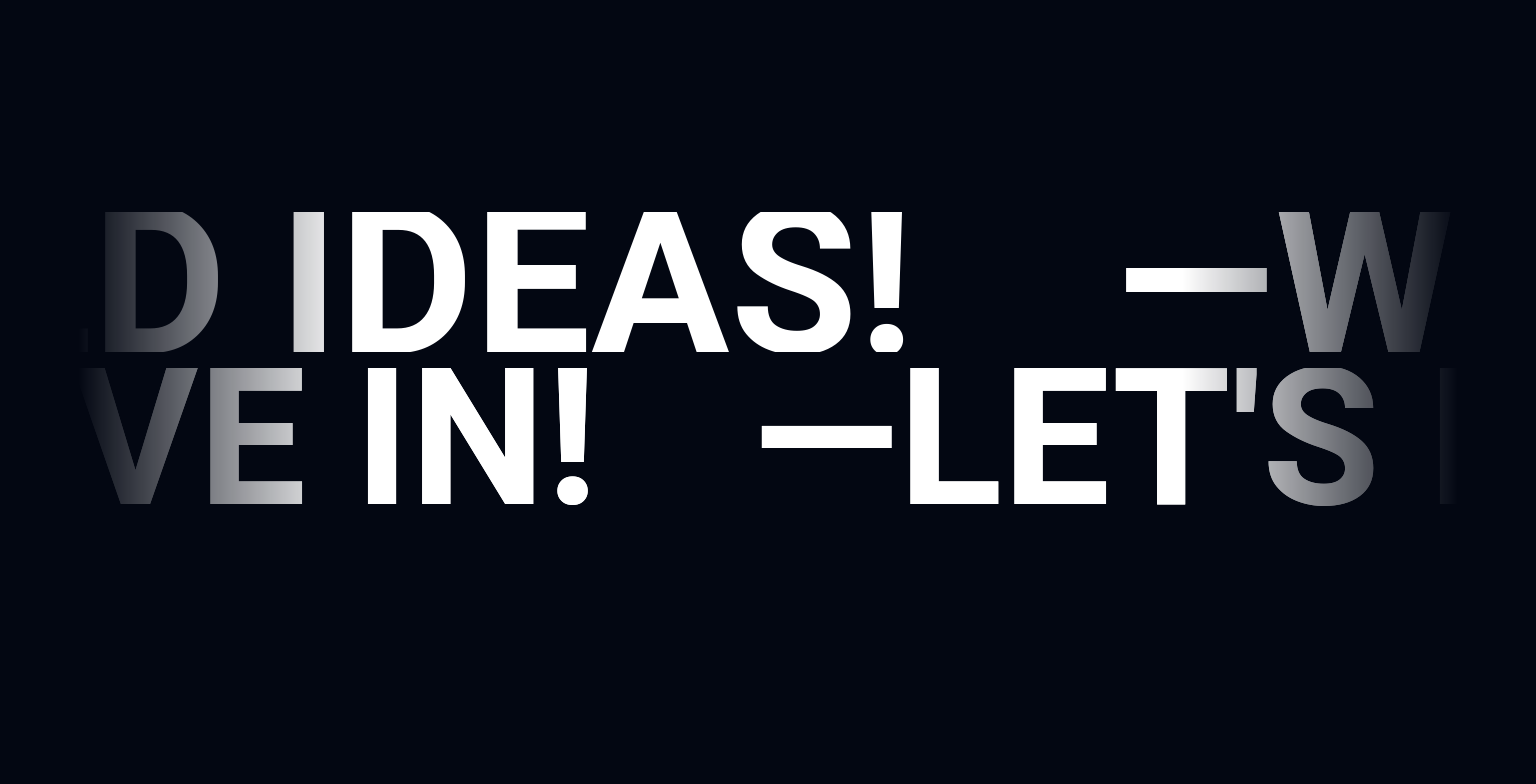
Repository: Anas-Ejaz/GBS-NEW
Page: Ahsan.html
An editor plug-in stored every save of this project. The page is shown before and after a run of saves, followed by the edit.
The browser window is 1536 px wide. The pictures show the part of the page from y = 0 to 784 px (the page is 2073 px tall).
A picture or video elsewhere on the page could not be fetched, so the positions and the page height are approximate. Some web fonts or font styles are not loaded; a fallback is used.

Above is the page before, as saved 2024-08-31 18:56:26.

### Ahsan.html
<!DOCTYPE html>
<html lang="en">

<head>
  <meta charset="UTF-8">
  <meta name="viewport" content="width=device-width, initial-scale=1.0">
  <title>Horizontal Scrolling Text Animation</title>
  <link rel="stylesheet" href="Ashan.css">
</head>

<body>
  <div class="text_scroll">
    <div class="wrapper">
      <div class="itemLeft item1">&#8213;WILD IDEAS!</div>
      <div class="itemLeft item2">&#8213;WILD IDEAS!</div>
      <div class="itemLeft item3">&#8213;WILD IDEAS!</div>
      <div class="itemLeft item5">&#8213;WILD IDEAS!</div>
    </div>
    <div class="wrapper">
      <div class="itemRight item1">&#8213;LET'S DIVE IN!</div>
      <div class="itemRight item2">&#8213;LET'S DIVE IN!</div>
      <div class="itemRight item3">&#8213;LET'S DIVE IN!</div>
      <div class="itemRight item4">&#8213;LET'S DIVE IN!</div>
    </div>
  </div>
  <!-- Portfolio---------- -->

  <section class="portfolio_sec">
    <div class="h1_port"><h1>MY PORTFOLIO</h1></div>
    <div class="portfolio">
     <div class="inner_portfolio">
        <div class="col-1">
          <div class="image image1"><img src="Picture/image1.jpg" alt=""></div>
          <div class="image image2"><img src="Picture/image1.jpg" alt=""></div>
          <div class="image image3"><img src="Picture/image1.jpg" alt=""></div>
        </div>
        <div class="col-2">
          <div class="imaged image4"><img src="Picture/image1.jpg" alt=""></div>
          <div class="imaged image5"><img src="Picture/image1.jpg" alt=""></div>
          <div class="imaged image6"><img src="Picture/image1.jpg" alt=""></div>
        </div>
      </div>
    </div>
   </section>

   <script src="https://cdnjs.cloudflare.com/ajax/libs/gsap/3.11.0/gsap.min.js"></script>
   <script src="https://cdnjs.cloudflare.com/ajax/libs/gsap/3.11.0/ScrollTrigger.min.js"></script>

   <script src="Ahsan.js"></script>
</body>

</html>

### Ashan.css
@import url('https://fonts.googleapis.com/css2?family=Days+One&display=swap');

*,
*::before,
*::after {
  box-sizing: border-box;
}

* {
  font-family: "Roboto", sans-serif;
  margin: 0;
}

body {
  background-color: #030712;
}

.text_scroll {
  height: 100vh;
  display: flex;
  flex-direction: column;
  align-items: center;
  justify-content: center;
  gap: 1rem;
}

.wrapper {
  width: 90%;
  height: 140px;
  position: relative;
  overflow: hidden;
  mask-image: linear-gradient(
    to right,
    rgba(0, 0, 0, 0),
    rgba(0, 0, 0, 1) 20%,
    rgba(0, 0, 0, 1) 80%,
    rgba(0, 0, 0, 0)
  );
  display: flex;
  align-items: center;
}

@keyframes scrollLeft {
  from {
    transform: translateX(100%);
  }
  to {
    transform: translateX(-100%);
  }
}

@keyframes scrollRight {
  from {
    transform: translateX(-100%);
  }
  to {
    transform: translateX(100%);
  }
}

.itemLeft
 {
  font-size: 13.5vw;
  font-weight: bold;
  color: white;
  white-space: nowrap;
  position: absolute;
  width: 100vw;
  text-align: center;
  animation-name: scrollLeft;
  animation-timing-function: linear;
  animation-duration: 30s;
  animation-iteration-count: infinite;
}
.itemRight{
  font-size: 12.5vw;
  font-weight: bold;
  color: white;
  white-space: nowrap;
  position: absolute;
  width: 100vw;
  text-align: center;
  animation-name: scrollRight;
  animation-timing-function: linear;
  animation-duration: 30s;
  animation-iteration-count: infinite;
}
.item1 {
  animation-delay: 0s;
}

.item2 {
  animation-delay: -15s;
}

.item3 {
  animation-delay: -30s;
}

.item4 {
  animation-delay: -45s;
}

@media (min-width:1500px) {

  .wrapper{

  }

}







/* -----Portfolios-------- */

.h1_port{
  color: white;
  font-size: 3vw;
  text-align: center;
  padding-block: 4rem;
}
.portfolio {
  display: flex;
  justify-content: center;
  align-items: center;
  height: 150vh;
  margin-block: 2rem;
  /* background-color: #f0f0f0; */
}

.inner_portfolio {
  display: flex;
  justify-content: space-around;
  align-items: center;
  width: 80%;
}

.col-1,
.col-2 {
  display: flex;
  flex-direction: column;
  align-items: center;
}

.image {
  position: relative;
  width: 35vw;
  height: 45vh;
  border-radius: 1rem;
  margin: 10px;
  overflow: hidden;
}
.image img{
  background-size: cover;
  background-position: center;
  width: 100%;
}

.imaged {
  position: relative;
  width: 35vw;
  height: 45vh;
  border-radius: 1rem;
  margin: 10px;
overflow: hidden;
}
.imaged img{
  background-size: cover;
  background-position: center;
  width: 100%;
}

### Ahsan.js
console.log("Woring")

gsap.registerPlugin(ScrollTrigger);

tl = gsap.timeline()

tl.from('.h1_port',
    {
        scrollTrigger: {
            trigger: '.h1_port',
            start: 'top 70%',
            end: 'top 50%',
            scrub: 1,

        },
        filter: "blur(5px)",
        opacity: 0,            // End opacity
        duration: 1,         // Duration of each blink phase
    })

tl.from('.image1',
    {
        scrollTrigger: {
            trigger: '.image1',
            start: 'top 80%',
            end: 'top 30%',
            scrub: 1,

        },
        filter: "blur(5px)",
        duration: 1,
        x: -150,
    })

gsap.from('.image4',
    {
        scrollTrigger: {
            trigger: '.image4',
            start: 'top 80%',
            end: 'top 30%',
            scrub: 1,

        },
        filter: "blur(5px)",
        duration: 1,
        x: 150,
    })


tl.from('.image2',
    {
        scrollTrigger: {
            trigger: '.image2',
            start: 'top 90%',
            end: 'top 40%',
            scrub: 1,

        },
        filter: "blur(5px)",
        delay: 1,
        opacity: 0,            // End opacity
        duration: 1,         // Duration of each blink phase
    })

tl.from('.image5',
    {
        scrollTrigger: {
            trigger: '.image5',
            start: 'top 90%',
            end: 'top 40%',
            scrub: 1,

        },
        filter: "blur(5px)",
        delay: 1,
        opacity: 0,            // End opacity
        duration: 1,         // Duration of each blink phase
    })
    tl.from('.image3',
        {
            scrollTrigger: {
                trigger: '.image3',
                start: 'top 90%',
                end: 'top 40%',
                scrub: 1,

            },
            filter: "blur(5px)",
            delay: 1,
            opacity: 0,            // End opacity
            duration: 1,         // Duration of each blink phase
        })

    tl.from('.image6',
        {
            scrollTrigger: {
                trigger: '.image6',
                start: 'top 90%',
                end: 'top 40%',
                scrub: 1,

            },
            filter: "blur(5px)",
            delay: 1,
            opacity: 0,            // End opacity
            duration: 1,         // Duration of each blink phase
        })

After the next 4 saves:
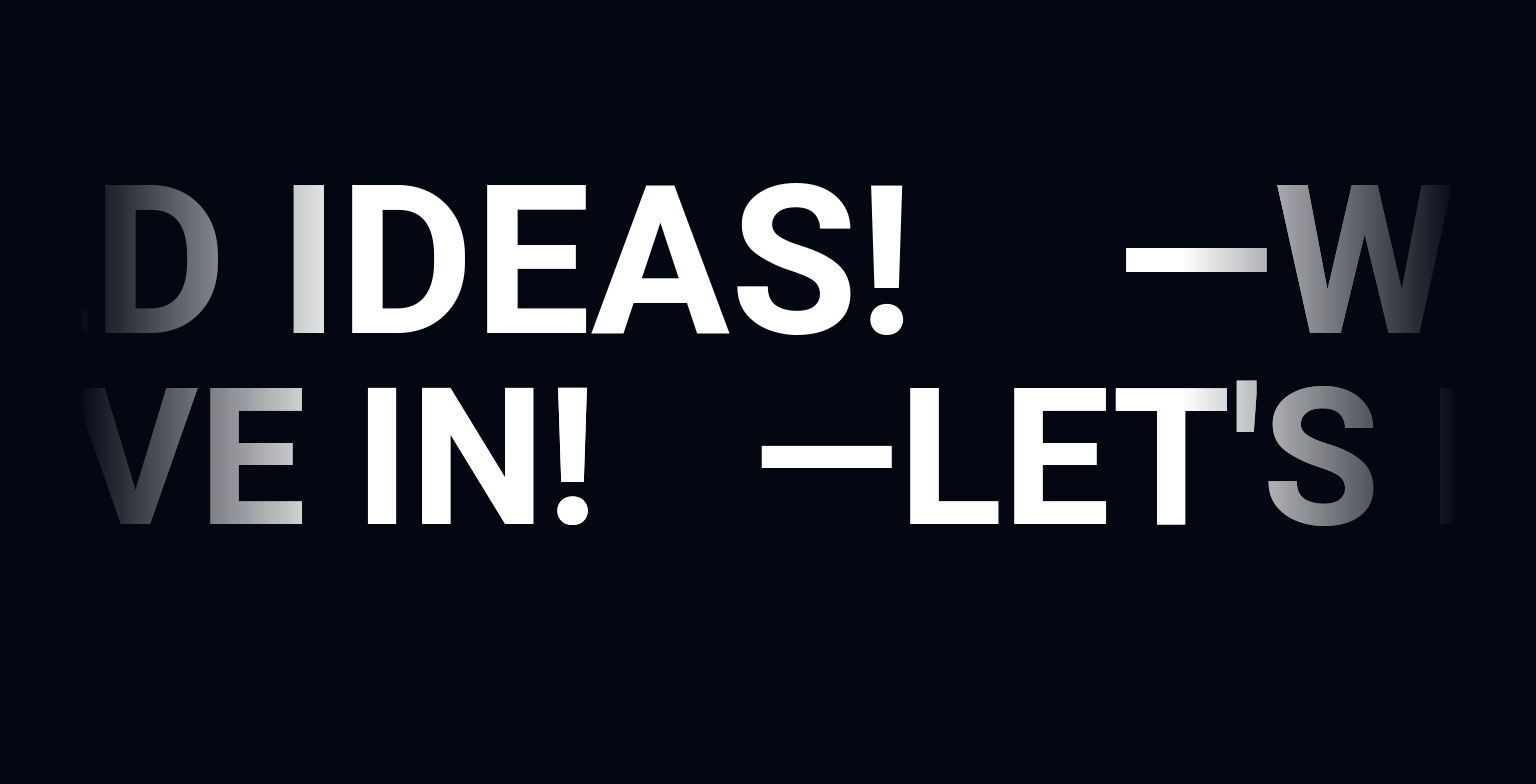
The 4 saves are shown as one change because they came seconds apart.
The last was saved 9 s later.
--- a/Ashan.css
+++ b/Ashan.css
@@ -104,7 +104,7 @@ body {
 @media (min-width:1500px) {
 
   .wrapper{
-
+    height: 180px;
   }
 
 }
